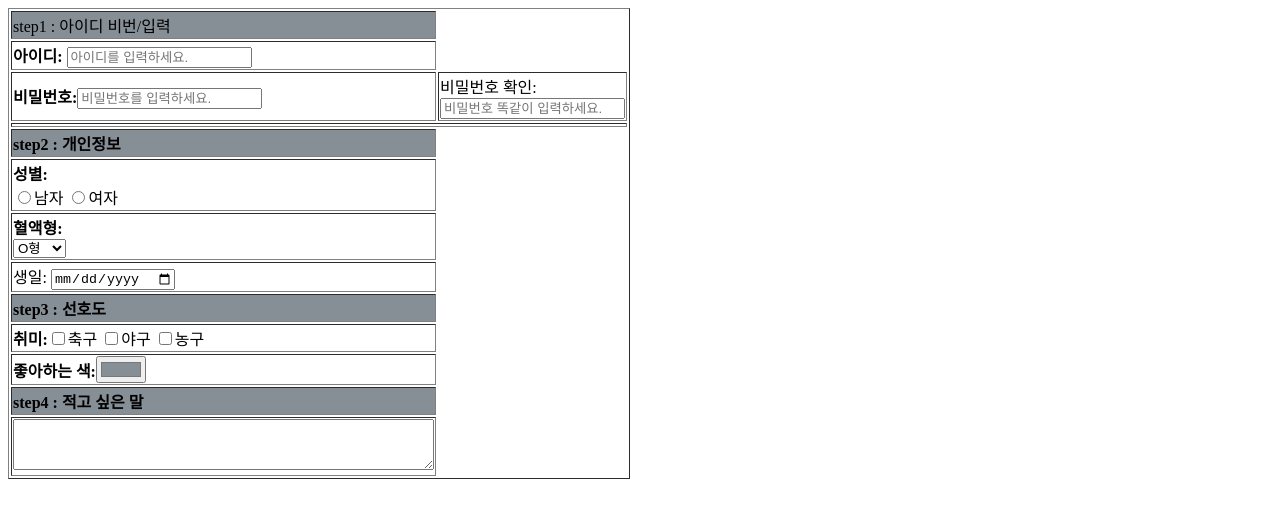
Repository: pillz9408/Jsp-Servlet
Page: jspstudy/day02/src/main/webapp/Lab2Join.html
An editor plug-in stored every save of this project. The page is shown before and after the next save, followed by the edit.
The browser window is 1280 px wide. The pictures show the whole page.

Above is the page before, as saved 2022-10-05 05:50:02.

### jspstudy/day02/src/main/webapp/Lab2Join.html
<!DOCTYPE html>
<html>
<head>
<meta charset="UTF-8">
<title>lab2join</title>
</head>
<body>
<form action="lab2join">
<table border width="400">
	<tr>
	<td bgcolor="#868e96">step1 : 아이디 비번/입력</td>
	</tr>
	<tr>
	<td><b>아이디:</b> <input type="text" name="id" placeholder="아이디를 입력하세요."></td>
	</tr>
	<tr>
	<td><b>비밀번호:</b><input type="password" name="pass" placeholder="비밀번호를 입력하세요."> </td>
	<td>비밀번호 확인:<input type="password" name="passcheck" placeholder="비밀번호 똑같이 입력하세요."> </td>
	</tr>
	<tr><td colspan="2"></td></tr>
	<tr>
	<td bgcolor="#868e96"><b>step2 : 개인정보</b></td>
	</tr>
	<tr>
	<td><b>성별: </b><br><input type="radio"name="gender" value="남자">남자
	<input type="radio"name="gender" value="여자">여자</td>
	</tr>
	<tr>
	<td><b>혈액형: </b><br><select name='btype'>
		<option value="o">O형
		<option value="A">A형
		<option value="B">B형
		<option value="AB">AB형
		</select><br>
		</td>
	</tr>
	<tr>
	<td>생일: <input type="date" name="date" placeholder="년년년년-월월-일일"></td>
	</tr>
	<tr>
	<td bgcolor="#868e96"><b>step3 : 선호도</b></td>
	</tr>
	<tr>
	<td><b>취미:</b><input type="checkbox" name="hobby" value="축구">축구
	<input type="checkbox" name="hobby" value="야구">야구
	<input type="checkbox" name="hobby" value="농구">농구
	</td>
	</tr>
	<tr>
	<td><b>좋아하는 색:</b><input type="color" name="color" value="#868e96"></td>
	</tr>
	<tr>
	<td bgcolor="#868e96"><b>step4 : 적고 싶은 말</b></td>
	</tr>
	<tr>
	<td><textarea name="writes" rows="3" cols="50"></textarea>
	</tr>
</table>
</form>
</body>
</html>

After the next save:
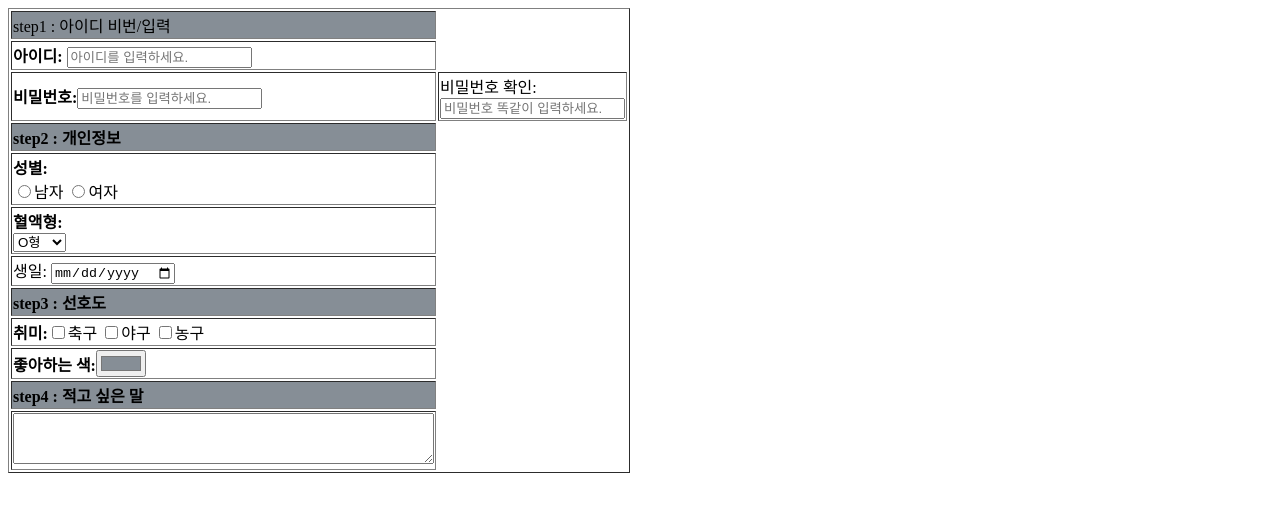
Saved 57 s later.
--- a/jspstudy/day02/src/main/webapp/Lab2Join.html
+++ b/jspstudy/day02/src/main/webapp/Lab2Join.html
@@ -14,10 +14,9 @@
 	<td><b>아이디:</b> <input type="text" name="id" placeholder="아이디를 입력하세요."></td>
 	</tr>
 	<tr>
-	<td><b>비밀번호:</b><input type="password" name="pass" placeholder="비밀번호를 입력하세요."> </td>
+	<td colspan="2"><b>비밀번호:</b><input type="password" name="pass" placeholder="비밀번호를 입력하세요."> </td>
 	<td>비밀번호 확인:<input type="password" name="passcheck" placeholder="비밀번호 똑같이 입력하세요."> </td>
 	</tr>
-	<tr><td colspan="2"></td></tr>
 	<tr>
 	<td bgcolor="#868e96"><b>step2 : 개인정보</b></td>
 	</tr>
